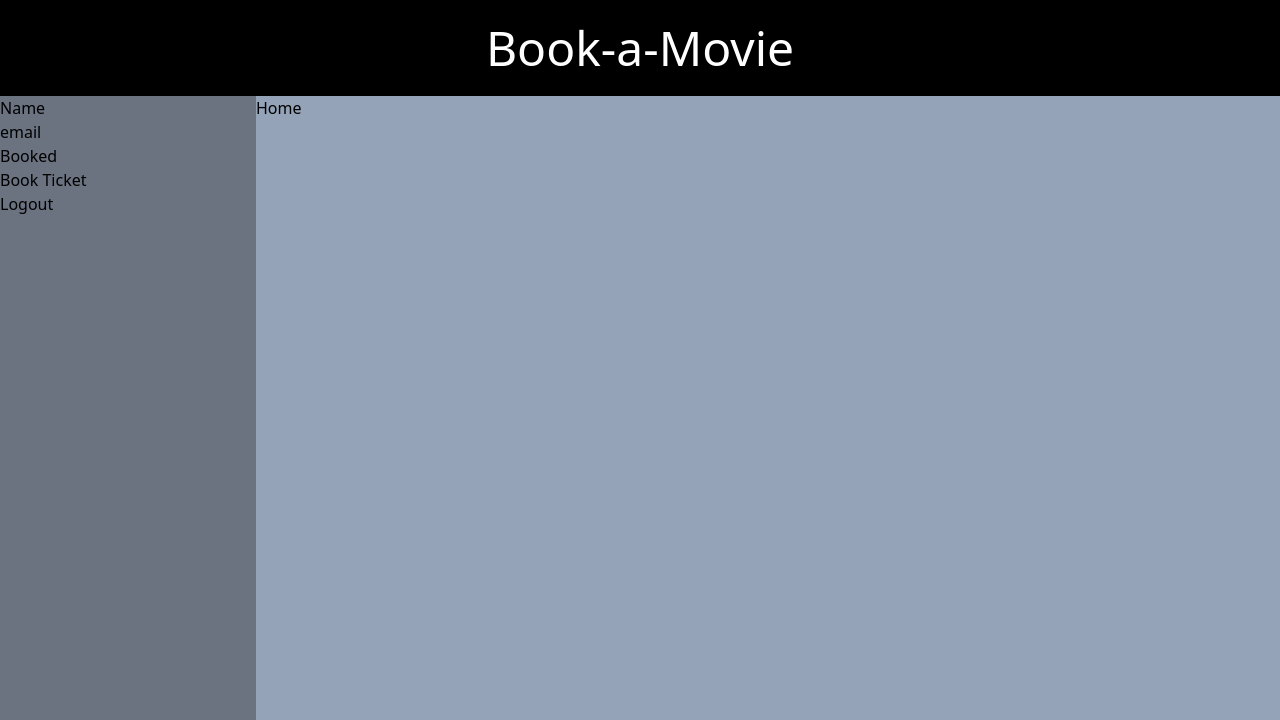
Repository: BhumilModi/movie-booking-app-assignment
Page: /Home
The author's editor kept a copy of each file at every save. The page is drawn from the files as they stood at one save, then again after the next save.
The browser window is 1280 px wide. The pictures show the whole page.
The project was rebuilt for these pictures with package versions that can differ from the ones it lists, and the page was loaded fresh each time. Also part of the build but not shown: src/App.css, src/components/Login.jsx, src/components/SignUp.jsx.

Above is the page before, as saved 2022-11-29 19:11:05.

After the next save:
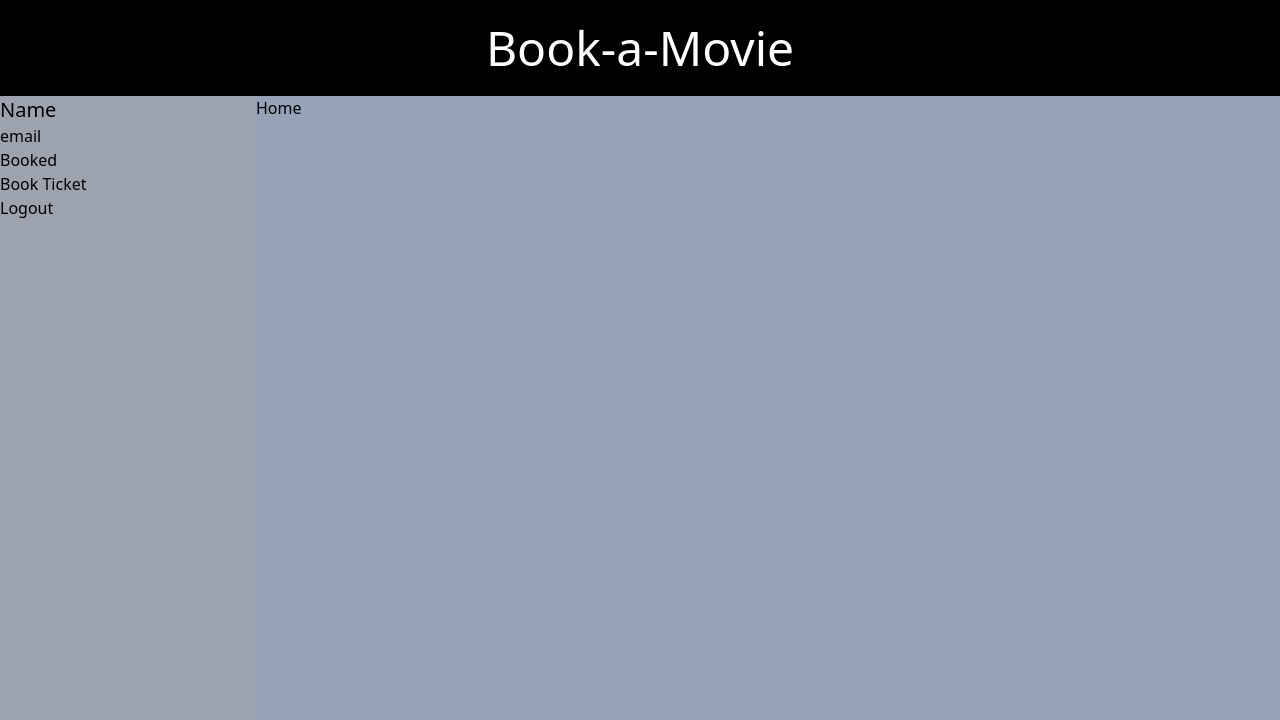
Saved 21 s later.
--- a/src/components/Sidebar.jsx
+++ b/src/components/Sidebar.jsx
@@ -2,8 +2,8 @@ import React from "react";
 
 function Sidebar() {
   return (
-    <div className="w-1/5 h-full bg-gray-500">
-      <div>Name</div>
+    <div className="w-1/5 h-full bg-gray-400">
+      <div className="text-xl ">Name</div>
       <div>email</div>
       <div>Booked</div>
       <div>Book Ticket</div>
